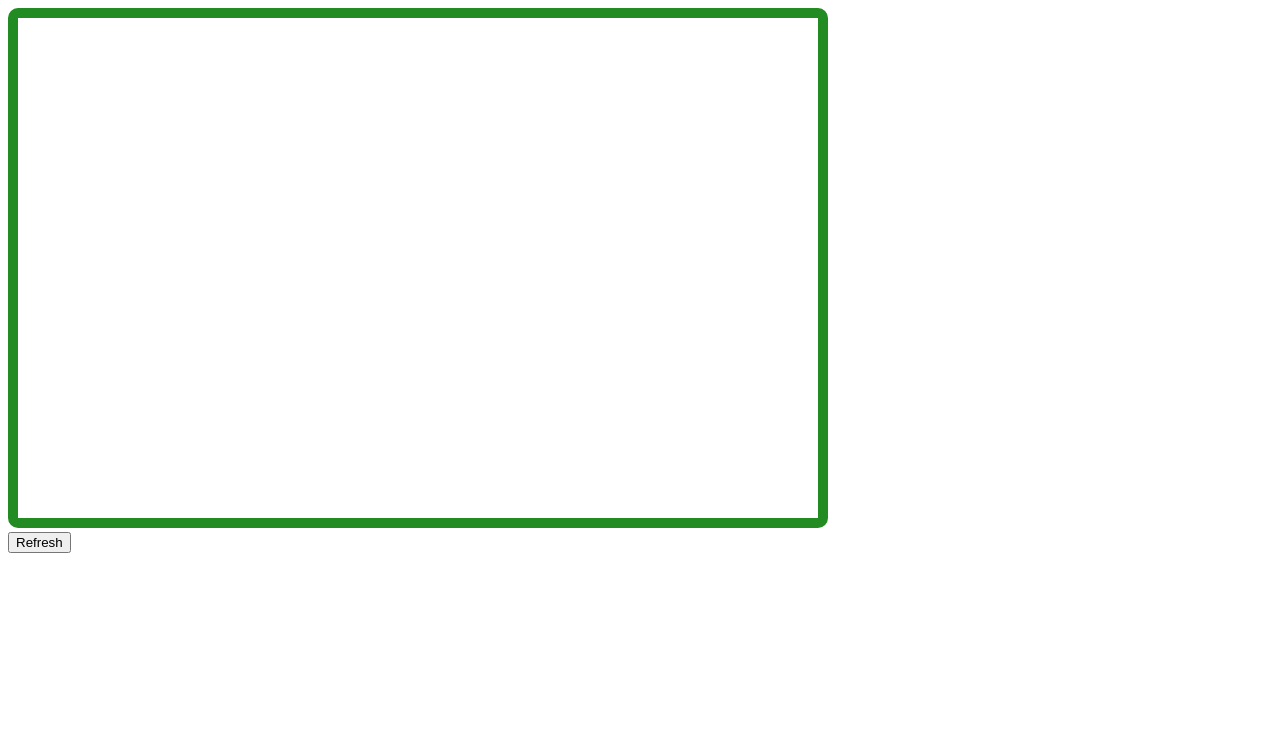
Repository: spidero7/Sketch-Canva
Page: index.html
The author's editor kept a copy of each file at every save. The page is drawn from the files as they stood at one save, then again after a run of saves.
The browser window is 1280 px wide. The pictures show the whole page.

Above is the page before, as saved 2021-09-05 07:34:27.

### index.html
<!DOCTYPE html>
<html lang="en">
<head>
    <meta charset="UTF-8">
    <meta http-equiv="X-UA-Compatible" content="IE=edge">
    <meta name="viewport" content="width=device-width, initial-scale=1.0">
    <title>Document</title>
    <link rel="stylesheet" href="style.css">
</head>
<body>
    <div class="canvasWrap">
        <canvas width="1600" height="1000" id="etch-a-sketch"></canvas>
        <div class="buttons">
            <button class="refresh-btn">Refresh</button>
        </div>
    </div>
    <script src="script.js"></script>
</body>
</html>

### style.css
body {
    min-height: 100vh;
}

canvas {
    border: solid 10px forestgreen;
    width: 80%;
    height: 500px;
    width: 800px;
    border-radius: 10px;
    background-color: white;
}

Loaded but not shown: script.js (no stored copy; drawn as an empty file)

After the next 5 saves:
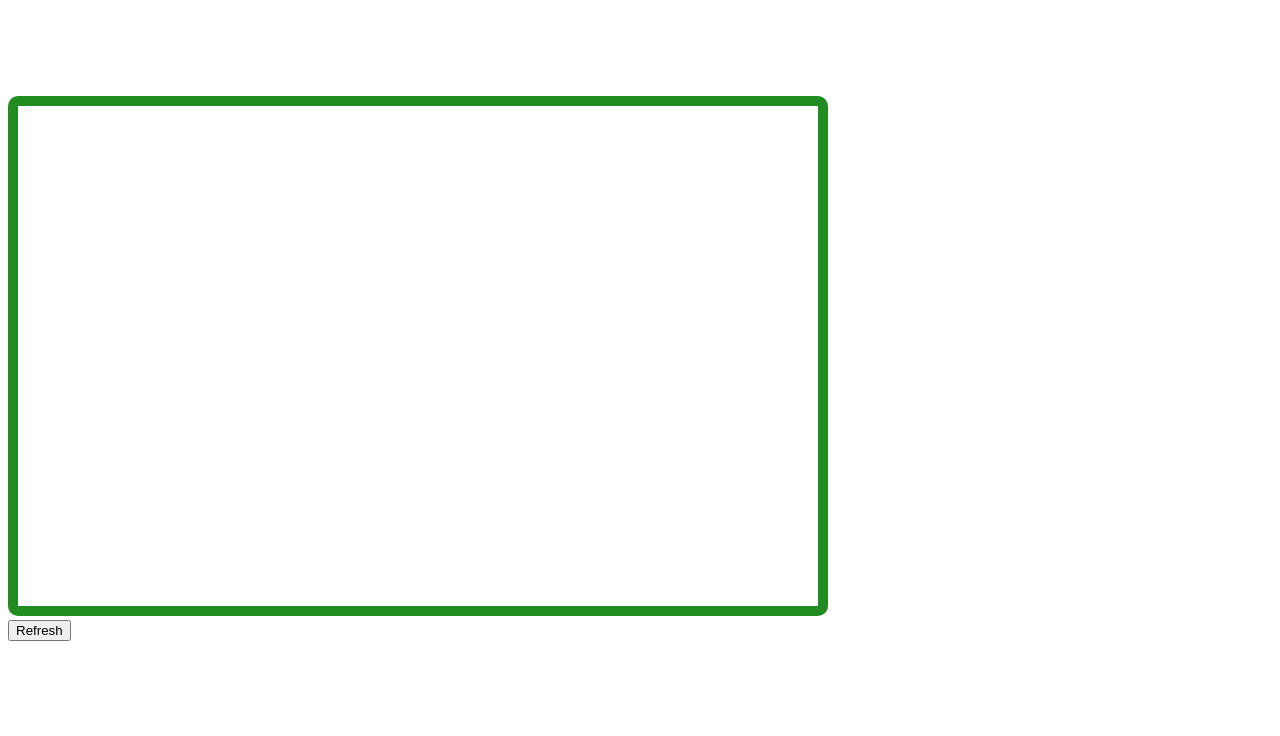
The 5 saves are shown as one change because they came seconds apart.
The last was saved 15 s later.
--- a/style.css
+++ b/style.css
@@ -1,5 +1,7 @@
 body {
     min-height: 100vh;
+    display: grid;
+    align-items: center;
 }
 
 canvas {
